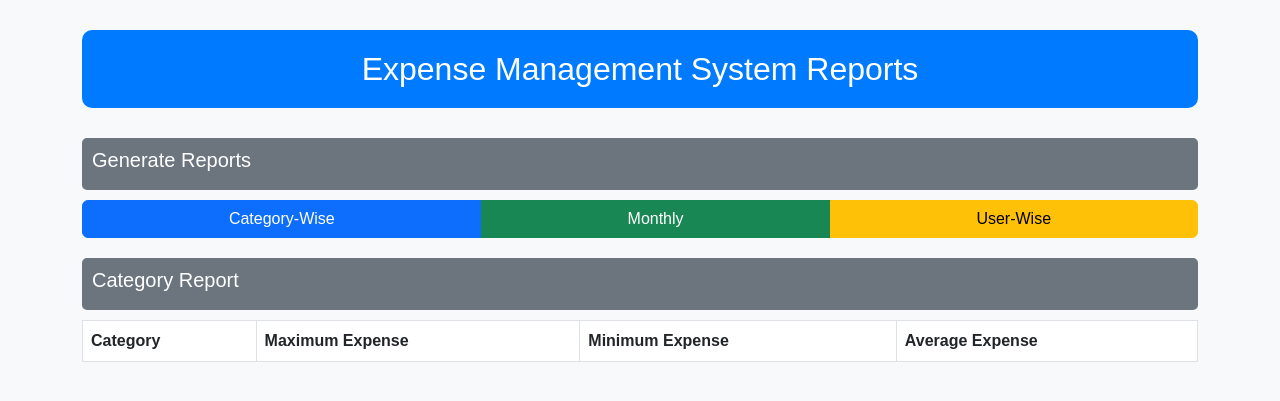
Repository: omlokhande1212/Expense-management
Page: http://localhost/Demo/adminReports.jsp?reportType=category
An editor plug-in stored every save of this project. The page is shown before and after the next save, followed by the edit.
The browser window is 1280 px wide. The pictures show the whole page.
The page is served by Tomcat 10. Queries for data that is not in the repository find no rows.

Above is the page before, as saved 2024-11-28 18:25:40.

After the next save:
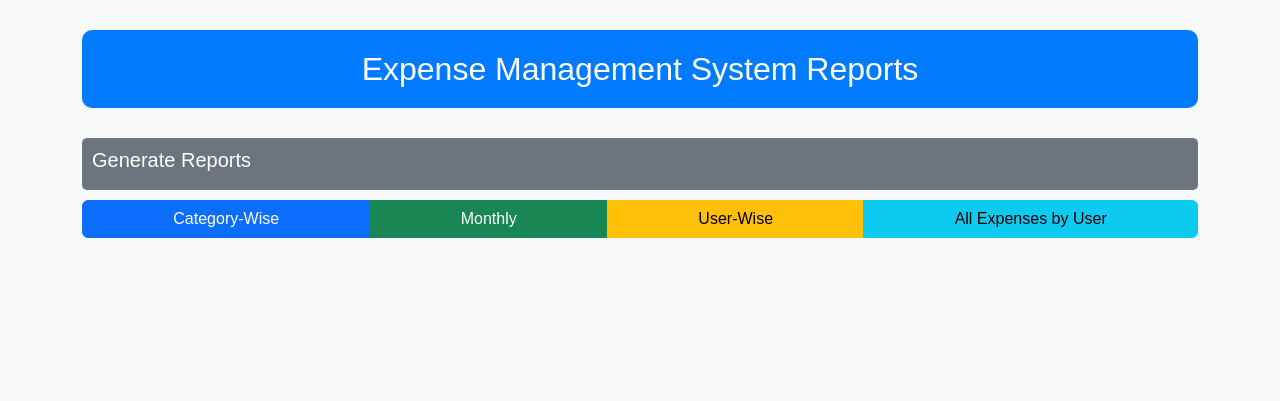
Saved 6 min 49 s later.
--- a/expense/Demo/src/main/webapp/adminReports.jsp
+++ b/expense/Demo/src/main/webapp/adminReports.jsp
@@ -50,106 +50,75 @@
         <button onclick="location.href='?reportType=category'" class="btn btn-primary">Category-Wise</button>
         <button onclick="location.href='?reportType=monthly'" class="btn btn-success">Monthly</button>
         <button onclick="location.href='?reportType=user'" class="btn btn-warning">User-Wise</button>
+        <button onclick="location.href='?showAllExpenses=true'" class="btn btn-info">All Expenses by User</button>
     </div>
 
+    <!-- Display All Expenses for a Specific User -->
     <%
-        // Get user inputs
-        String reportType = request.getParameter("reportType");
-        String query = "";
-        String dbURL = "jdbc:mysql://localhost:3306/expensemanagementsystem";
-        String dbUser = "root";
-        String dbPassword = "Root@123";
+        String showAllExpenses = request.getParameter("showAllExpenses");
+        if ("true".equalsIgnoreCase(showAllExpenses)) {
+    %>
+    <div class="section-header">
+        <h5>All Expenses for Specific User</h5>
+    </div>
+    <form method="get">
+        <div class="row mb-3">
+            <div class="col-md-6">
+                <label for="userId" class="form-label">User ID</label>
+                <input type="text" name="userId" id="userId" class="form-control" placeholder="Enter User ID" required>
+            </div>
+            <div class="col-md-6 d-flex align-items-end">
+                <button type="submit" class="btn btn-primary">Show Expenses</button>
+            </div>
+        </div>
+    </form>
+    <%
+            String userId = request.getParameter("userId");
+            if (userId != null && !userId.trim().isEmpty()) {
+                String query = "SELECT expense_id, budget_id, amount, date, category, description, created_at FROM expenses WHERE user_id = ?";
+                try (Connection conn = DriverManager.getConnection("jdbc:mysql://localhost:3306/expensemanagementsystem", "root", "Root@123");
+                     PreparedStatement pstmt = conn.prepareStatement(query)) {
 
-        if ("category".equalsIgnoreCase(reportType)) {
-            query = "SELECT category, MAX(amount) AS maxExpense, MIN(amount) AS minExpense, AVG(amount) AS avgExpense FROM expenses GROUP BY category";
-        } else if ("monthly".equalsIgnoreCase(reportType)) {
-            query = "SELECT DATE_FORMAT(date, '%Y-%m') AS month, MAX(amount) AS maxExpense, MIN(amount) AS minExpense, AVG(amount) AS avgExpense FROM expenses GROUP BY month";
-        } else if ("user".equalsIgnoreCase(reportType)) {
-            query = "SELECT user_id, MAX(amount) AS maxExpense, MIN(amount) AS minExpense, AVG(amount) AS avgExpense FROM expenses GROUP BY user_id";
-        }
+                    pstmt.setInt(1, Integer.parseInt(userId));
+                    ResultSet rs = pstmt.executeQuery();
     %>
-
-    <!-- Display Results -->
-    <div class="section-header">
-        <h5><%= reportType != null ? reportType.substring(0, 1).toUpperCase() + reportType.substring(1) + " Report" : "Report Results" %></h5>
-    </div>
     <table class="table table-hover table-bordered">
         <thead>
-            <%
-                if ("category".equalsIgnoreCase(reportType)) {
-            %>
             <tr>
+                <th>Expense ID</th>
+                <th>Budget ID</th>
+                <th>Amount</th>
+                <th>Date</th>
                 <th>Category</th>
-                <th>Maximum Expense</th>
-                <th>Minimum Expense</th>
-                <th>Average Expense</th>
+                <th>Description</th>
+                <th>Created At</th>
             </tr>
-            <%
-                } else if ("monthly".equalsIgnoreCase(reportType)) {
-            %>
-            <tr>
-                <th>Month</th>
-                <th>Maximum Expense</th>
-                <th>Minimum Expense</th>
-                <th>Average Expense</th>
-            </tr>
-            <%
-                } else if ("user".equalsIgnoreCase(reportType)) {
-            %>
-            <tr>
-                <th>User ID</th>
-                <th>Maximum Expense</th>
-                <th>Minimum Expense</th>
-                <th>Average Expense</th>
-            </tr>
-            <%
-                }
-            %>
         </thead>
         <tbody>
             <%
-                if (reportType != null) {
-                    try (Connection conn = DriverManager.getConnection(dbURL, dbUser, dbPassword);
-                         Statement stmt = conn.createStatement();
-                         ResultSet rs = stmt.executeQuery(query)) {
-
-                        while (rs.next()) {
-                            if ("category".equalsIgnoreCase(reportType)) {
+                    while (rs.next()) {
             %>
             <tr>
+                <td><%= rs.getInt("expense_id") %></td>
+                <td><%= rs.getInt("budget_id") %></td>
+                <td><%= rs.getDouble("amount") %></td>
+                <td><%= rs.getDate("date") %></td>
                 <td><%= rs.getString("category") %></td>
-                <td><%= rs.getDouble("maxExpense") %></td>
-                <td><%= rs.getDouble("minExpense") %></td>
-                <td><%= rs.getDouble("avgExpense") %></td>
+                <td><%= rs.getString("description") %></td>
+                <td><%= rs.getTimestamp("created_at") %></td>
             </tr>
             <%
-                            } else if ("monthly".equalsIgnoreCase(reportType)) {
-            %>
-            <tr>
-                <td><%= rs.getString("month") %></td>
-                <td><%= rs.getDouble("maxExpense") %></td>
-                <td><%= rs.getDouble("minExpense") %></td>
-                <td><%= rs.getDouble("avgExpense") %></td>
-            </tr>
-            <%
-                            } else if ("user".equalsIgnoreCase(reportType)) {
-            %>
-            <tr>
-                <td><%= rs.getInt("user_id") %></td>
-                <td><%= rs.getDouble("maxExpense") %></td>
-                <td><%= rs.getDouble("minExpense") %></td>
-                <td><%= rs.getDouble("avgExpense") %></td>
-            </tr>
-            <%
-                            }
-                        }
-                    } catch (SQLException e) {
-                        out.println("<tr><td colspan='4' class='text-danger text-center'>Error: " + e.getMessage() + "</td></tr>");
                     }
+                } catch (SQLException e) {
+                    out.println("<tr><td colspan='7' class='text-danger text-center'>Error: " + e.getMessage() + "</td></tr>");
                 }
+            }
             %>
         </tbody>
     </table>
+    <%
+        }
+    %>
 </div>
 <!-- Bootstrap JS -->
 <script src="https://cdn.jsdelivr.net/npm/bootstrap@5.3.0/dist/js/bootstrap.bundle.min.js"></script>

After the save that followed:
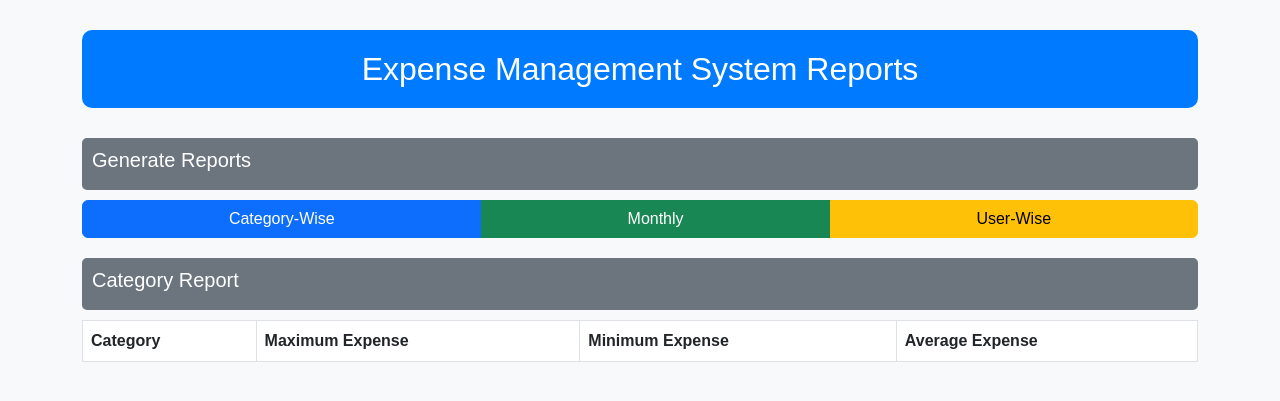
Saved 2 min 27 s later.
--- a/expense/Demo/src/main/webapp/adminReports.jsp
+++ b/expense/Demo/src/main/webapp/adminReports.jsp
@@ -50,75 +50,106 @@
         <button onclick="location.href='?reportType=category'" class="btn btn-primary">Category-Wise</button>
         <button onclick="location.href='?reportType=monthly'" class="btn btn-success">Monthly</button>
         <button onclick="location.href='?reportType=user'" class="btn btn-warning">User-Wise</button>
-        <button onclick="location.href='?showAllExpenses=true'" class="btn btn-info">All Expenses by User</button>
     </div>
 
-    <!-- Display All Expenses for a Specific User -->
     <%
-        String showAllExpenses = request.getParameter("showAllExpenses");
-        if ("true".equalsIgnoreCase(showAllExpenses)) {
+        // Get user inputs
+        String reportType = request.getParameter("reportType");
+        String query = "";
+        String dbURL = "jdbc:mysql://localhost:3306/expensemanagementsystem";
+        String dbUser = "root";
+        String dbPassword = "Root@123";
+
+        if ("category".equalsIgnoreCase(reportType)) {
+            query = "SELECT category, MAX(amount) AS maxExpense, MIN(amount) AS minExpense, AVG(amount) AS avgExpense FROM expenses GROUP BY category";
+        } else if ("monthly".equalsIgnoreCase(reportType)) {
+            query = "SELECT DATE_FORMAT(date, '%Y-%m') AS month, MAX(amount) AS maxExpense, MIN(amount) AS minExpense, AVG(amount) AS avgExpense FROM expenses GROUP BY month";
+        } else if ("user".equalsIgnoreCase(reportType)) {
+            query = "SELECT user_id, MAX(amount) AS maxExpense, MIN(amount) AS minExpense, AVG(amount) AS avgExpense FROM expenses GROUP BY user_id";
+        }
     %>
+
+    <!-- Display Results -->
     <div class="section-header">
-        <h5>All Expenses for Specific User</h5>
+        <h5><%= reportType != null ? reportType.substring(0, 1).toUpperCase() + reportType.substring(1) + " Report" : "Report Results" %></h5>
     </div>
-    <form method="get">
-        <div class="row mb-3">
-            <div class="col-md-6">
-                <label for="userId" class="form-label">User ID</label>
-                <input type="text" name="userId" id="userId" class="form-control" placeholder="Enter User ID" required>
-            </div>
-            <div class="col-md-6 d-flex align-items-end">
-                <button type="submit" class="btn btn-primary">Show Expenses</button>
-            </div>
-        </div>
-    </form>
-    <%
-            String userId = request.getParameter("userId");
-            if (userId != null && !userId.trim().isEmpty()) {
-                String query = "SELECT expense_id, budget_id, amount, date, category, description, created_at FROM expenses WHERE user_id = ?";
-                try (Connection conn = DriverManager.getConnection("jdbc:mysql://localhost:3306/expensemanagementsystem", "root", "Root@123");
-                     PreparedStatement pstmt = conn.prepareStatement(query)) {
-
-                    pstmt.setInt(1, Integer.parseInt(userId));
-                    ResultSet rs = pstmt.executeQuery();
-    %>
     <table class="table table-hover table-bordered">
         <thead>
+            <%
+                if ("category".equalsIgnoreCase(reportType)) {
+            %>
             <tr>
-                <th>Expense ID</th>
-                <th>Budget ID</th>
-                <th>Amount</th>
-                <th>Date</th>
                 <th>Category</th>
-                <th>Description</th>
-                <th>Created At</th>
+                <th>Maximum Expense</th>
+                <th>Minimum Expense</th>
+                <th>Average Expense</th>
             </tr>
+            <%
+                } else if ("monthly".equalsIgnoreCase(reportType)) {
+            %>
+            <tr>
+                <th>Month</th>
+                <th>Maximum Expense</th>
+                <th>Minimum Expense</th>
+                <th>Average Expense</th>
+            </tr>
+            <%
+                } else if ("user".equalsIgnoreCase(reportType)) {
+            %>
+            <tr>
+                <th>User ID</th>
+                <th>Maximum Expense</th>
+                <th>Minimum Expense</th>
+                <th>Average Expense</th>
+            </tr>
+            <%
+                }
+            %>
         </thead>
         <tbody>
             <%
-                    while (rs.next()) {
+                if (reportType != null) {
+                    try (Connection conn = DriverManager.getConnection(dbURL, dbUser, dbPassword);
+                         Statement stmt = conn.createStatement();
+                         ResultSet rs = stmt.executeQuery(query)) {
+
+                        while (rs.next()) {
+                            if ("category".equalsIgnoreCase(reportType)) {
             %>
             <tr>
-                <td><%= rs.getInt("expense_id") %></td>
-                <td><%= rs.getInt("budget_id") %></td>
-                <td><%= rs.getDouble("amount") %></td>
-                <td><%= rs.getDate("date") %></td>
                 <td><%= rs.getString("category") %></td>
-                <td><%= rs.getString("description") %></td>
-                <td><%= rs.getTimestamp("created_at") %></td>
+                <td><%= rs.getDouble("maxExpense") %></td>
+                <td><%= rs.getDouble("minExpense") %></td>
+                <td><%= rs.getDouble("avgExpense") %></td>
             </tr>
             <%
+                            } else if ("monthly".equalsIgnoreCase(reportType)) {
+            %>
+            <tr>
+                <td><%= rs.getString("month") %></td>
+                <td><%= rs.getDouble("maxExpense") %></td>
+                <td><%= rs.getDouble("minExpense") %></td>
+                <td><%= rs.getDouble("avgExpense") %></td>
+            </tr>
+            <%
+                            } else if ("user".equalsIgnoreCase(reportType)) {
+            %>
+            <tr>
+                <td><%= rs.getInt("user_id") %></td>
+                <td><%= rs.getDouble("maxExpense") %></td>
+                <td><%= rs.getDouble("minExpense") %></td>
+                <td><%= rs.getDouble("avgExpense") %></td>
+            </tr>
+            <%
+                            }
+                        }
+                    } catch (SQLException e) {
+                        out.println("<tr><td colspan='4' class='text-danger text-center'>Error: " + e.getMessage() + "</td></tr>");
                     }
-                } catch (SQLException e) {
-                    out.println("<tr><td colspan='7' class='text-danger text-center'>Error: " + e.getMessage() + "</td></tr>");
                 }
-            }
             %>
         </tbody>
     </table>
-    <%
-        }
-    %>
 </div>
 <!-- Bootstrap JS -->
 <script src="https://cdn.jsdelivr.net/npm/bootstrap@5.3.0/dist/js/bootstrap.bundle.min.js"></script>
